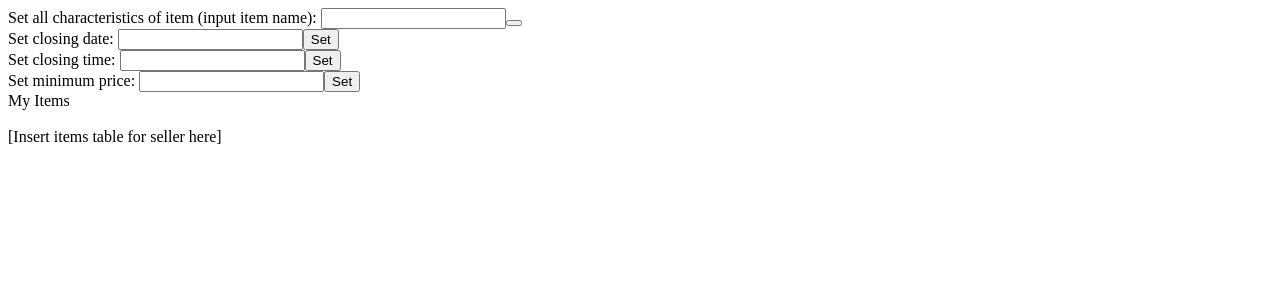
Repository: divergentArrow/Databases
Page: http://localhost/cs336project/seller.jsp
The author's editor kept a copy of each file at every save. The page is drawn from the files as they stood at one save, then again after the next save.
The browser window is 1280 px wide. The pictures show the whole page.
The page is served by Tomcat 9.

Above is the page before, as saved 2019-04-14 20:59:56.

After the next save:
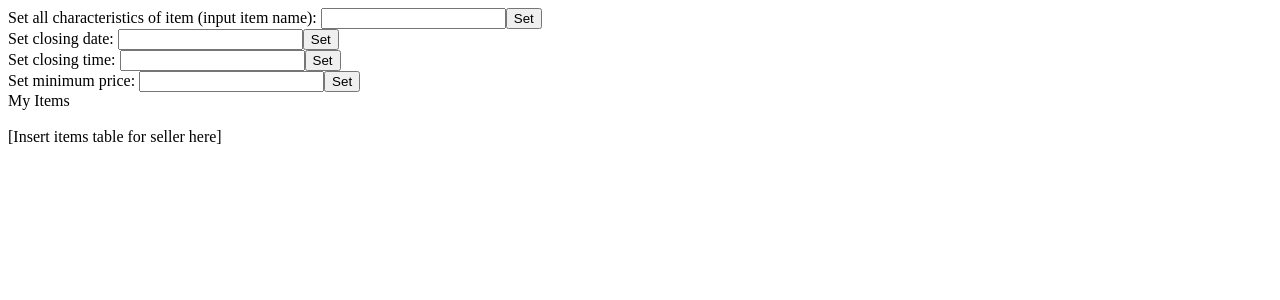
Saved 12 min 18 s later.
--- a/cs336project/WebContent/seller.jsp
+++ b/cs336project/WebContent/seller.jsp
@@ -10,7 +10,7 @@
 
 <body>
 	<div>
-		Set all characteristics of item (input item name): <input type="text" name="item"><button type="button" id="setCharacteristicsButton"></button><br>
+		Set all characteristics of item (input item name): <input type="text" name="item"><button type="button" id="setCharacteristicsButton">Set</button><br>
 		Set closing date: <input type="text" id="cdate"><button type="button" id="setDateButton">Set</button><br>
 		Set closing time: <input type="text" id="ctime"><button type="button" id="setTimeButton">Set</button><br>
 		Set minimum price: <input type="text" id="minPrice"><button type="button" id="setMinPriceButton">Set</button><br>
